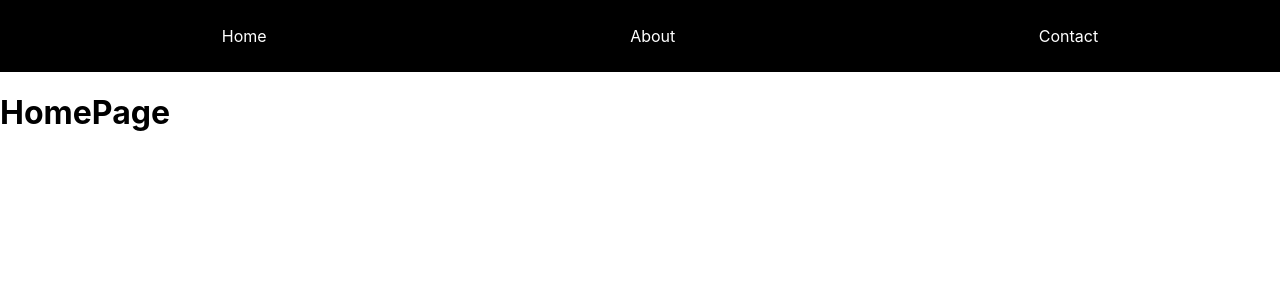
Repository: Toydrum/React-HectorCoronado
Page: /
These files come from the project's save history. The page is drawn as it stood at one moment and after the next save; the edit follows.
The browser window is 1280 px wide. The pictures show the whole page.
The page's requests for data from a server got no answer. The project was rebuilt for these pictures with package versions that can differ from the ones it lists, and the page was loaded fresh each time. No one was signed in, and anything a server would have sent is missing. Also part of the build but not shown: src/components/CardUser/CardUser.jsx, src/pages/ContactPage/ContactPage.jsx, src/pages/AboutPage/AboutPage.jsx, src/pages/DetailPage/DetailPage.jsx.

Above is the page before, as saved 2023-06-17 06:56:01.

After the next save:
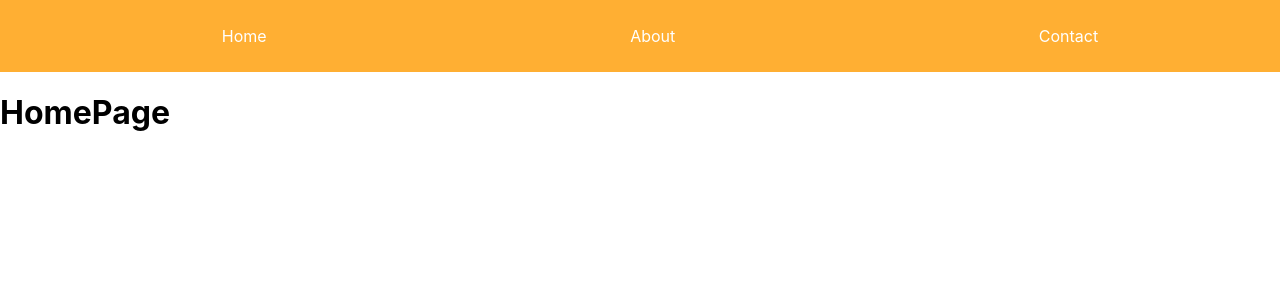
Saved 39 s later.
--- a/src/components/Navbar/Navbar.css
+++ b/src/components/Navbar/Navbar.css
@@ -1,5 +1,5 @@
 .nav-container {
-  background-color: black;
+  background-color: #FFAF33;
   height: 10vh;
   display: flex;
   width: 100%;
